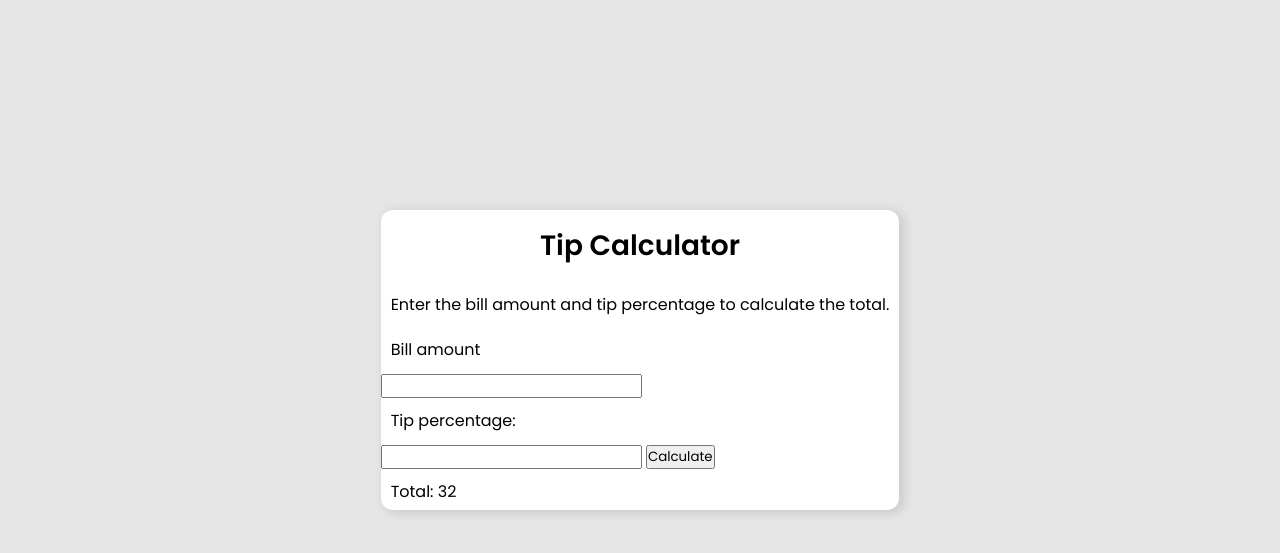
Repository: Ankitkr2021/Tip-Calculator
Page: index.html
These files come from the project's save history. The page is drawn as it stood at one moment and after the next save; the edit follows.
The browser window is 1280 px wide. The pictures show the whole page.

Above is the page before, as saved 2025-10-27 10:52:20.

### index.html
<!DOCTYPE html>
<html lang="en">
<head>
    <meta charset="UTF-8">
    <meta name="viewport" content="width=device-width, initial-scale=1.0">
    <title>Tip Calculator</title>
    <link rel="stylesheet" href="./style.css">
</head>
<body>
    <div class="box">
        <h2>Tip Calculator</h2>
        <p>Enter the bill amount and tip percentage to calculate the total.</p>
        <p>Bill amount</p>
        <input type="number">
        <p>Tip percentage:</p>
        <input type="number">
        <button>Calculate</button>
        <p>Total: <span>32</span></p>
    </div>
</body>
</html>

### style.css
@import url('https://fonts.googleapis.com/css2?family=Poppins:wght@300;400;500;600;700&display=swap');

*{
    margin: 0;
    padding: 0;
    box-sizing: border-box;
    font-family: "Poppins",sans-serif;
}

body {
    height: 100vh;
    width: 100%;
    display: flex;
    align-items: center;
    justify-content: center;
    background: rgba(0,0,0,0.1);
}

.box {
    background: #fff;
    height: 300px;
    box-shadow: 4px 2px 8px 2px rgba(0,0,0,0.1);
    border-radius: 12px;
}

h2{
    text-align: center;
    padding: 15px;
    font-size: 28px;
    font-weight: 600;
}

p{
    padding: 10px;
}

After the next save:
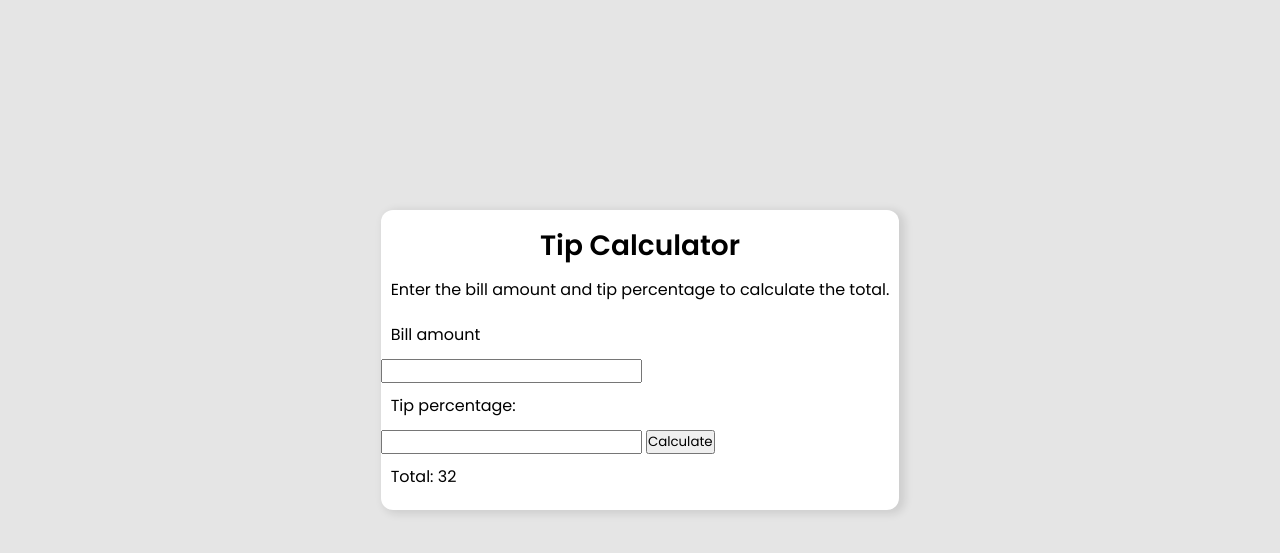
Saved 11 s later.
--- a/style.css
+++ b/style.css
@@ -25,7 +25,7 @@ body {
 
 h2{
     text-align: center;
-    padding: 15px;
+    padding: 15px 0 0 0;
     font-size: 28px;
     font-weight: 600;
 }
